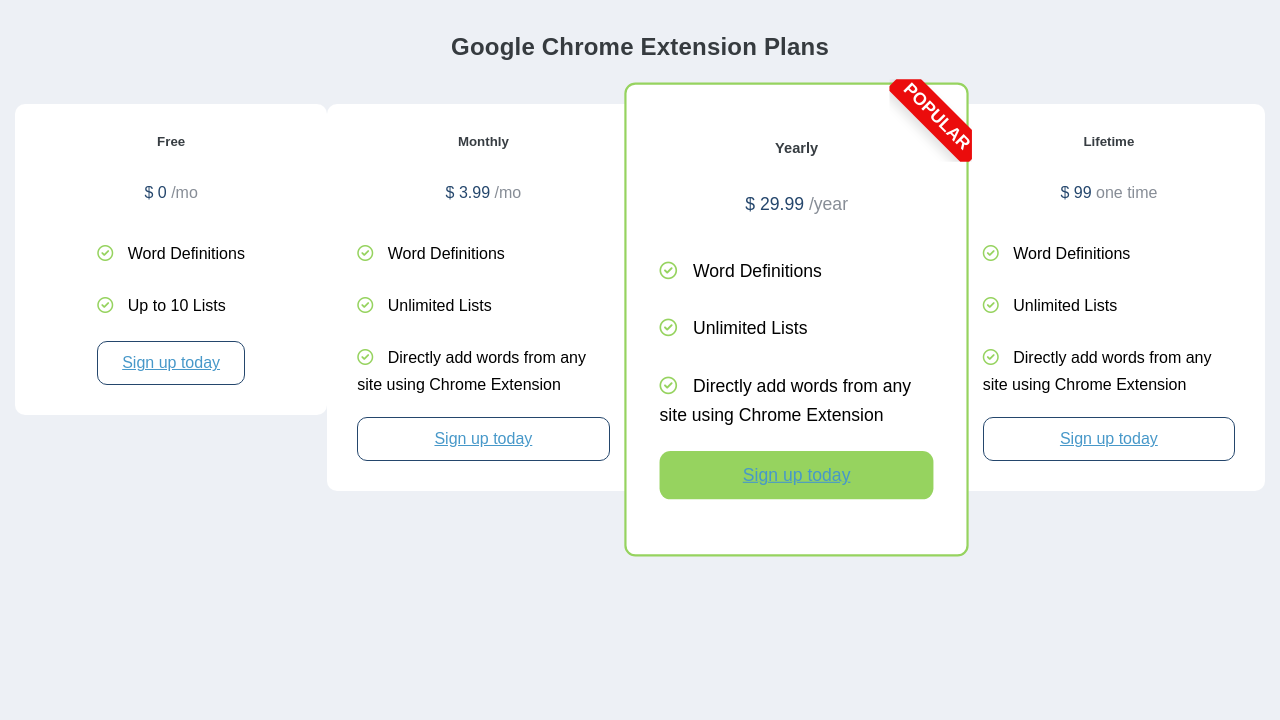
Repository: Novoselets28/chatos-test-task
Page: index.html
These files come from the project's save history. The page is drawn as it stood at one moment and after the next save; the edit follows.
The browser window is 1280 px wide. The pictures show the whole page.

Above is the page before, as saved 2023-04-19 23:01:21.

After the next save:
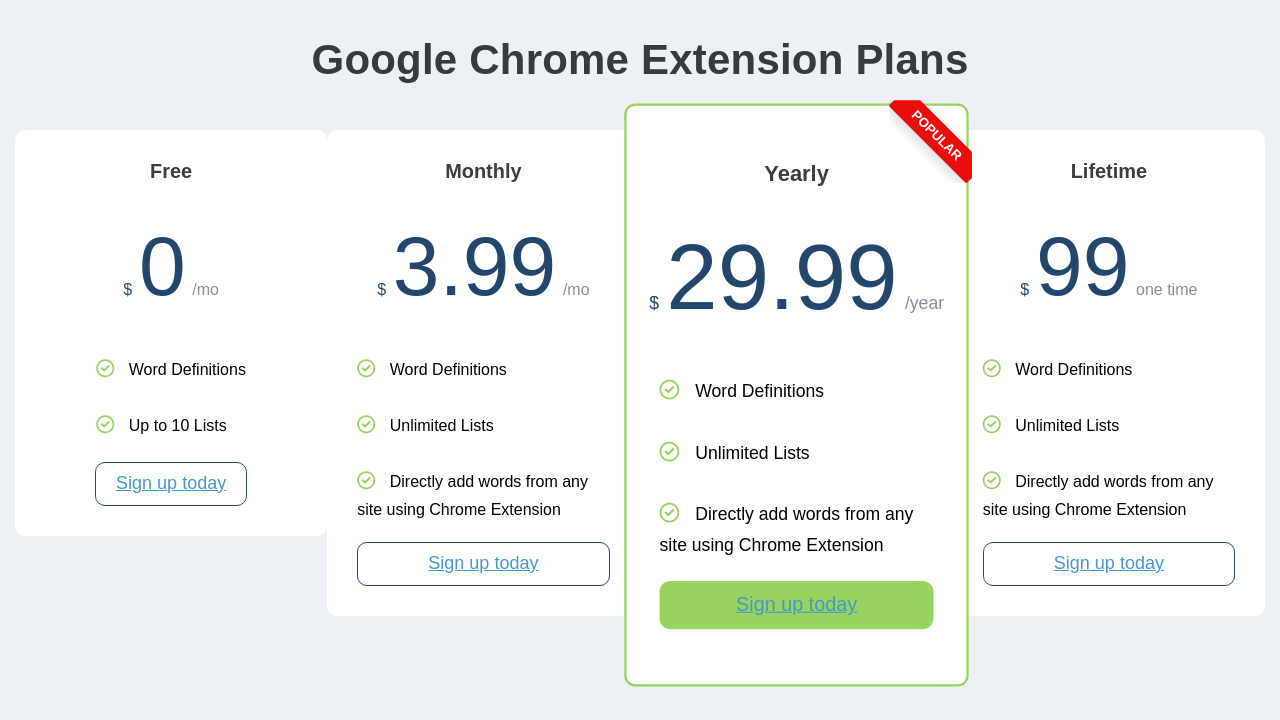
Saved 7 min 18 s later.
--- a/index.css
+++ b/index.css
@@ -27,7 +27,7 @@
 }
 
 .header-block__title{
-    font-size: 2,625rem;
+    font-size: 2.625rem;
     letter-spacing: 0.2px;
     font-weight: 700;
     line-height: 142%;
@@ -38,7 +38,7 @@
     display: flex;
     align-items: flex-start;
     font-family: inherit;
-    font-size: 1,5rem;
+    font-size: 1.5rem;
 }
 
 .extension__item{
@@ -91,7 +91,7 @@
     padding: 5px 0;
     color: #fff;
     text-align: center;
-    font-size: 0,75rem;
+    font-size: 0.75rem;
     box-shadow: 0 5px 10px rgba(0,0,0,0.12);
 }
 
@@ -106,7 +106,7 @@
 
 .price-item{
     margin: 0 0 25px;
-    font-size: 1,5rem;
+    font-size: 1.5rem;
     font-family: 'Poppins', sans-serif;
     font-weight: lighter;
 }
@@ -117,7 +117,7 @@
 
 .price-item__number{
     text-transform: uppercase;
-    font-size: 5,25rem;
+    font-size: 5.25rem;
 }
 
 .price-item__label{
@@ -152,7 +152,7 @@
 .point-list__item .icon{
     content: "f058";
     font-family: "Font Awesome 6 Free";
-    font-size: 1,125rem;
+    font-size: 1.125rem;
     line-height: 2;
     padding: 0 10px 0 0;
 }
@@ -180,5 +180,5 @@
     border-radius: 10px;
     width: 100%;
     color: #4798c9;
-    font-size: 1,125rem;
+    font-size: 1.125rem;
 }
